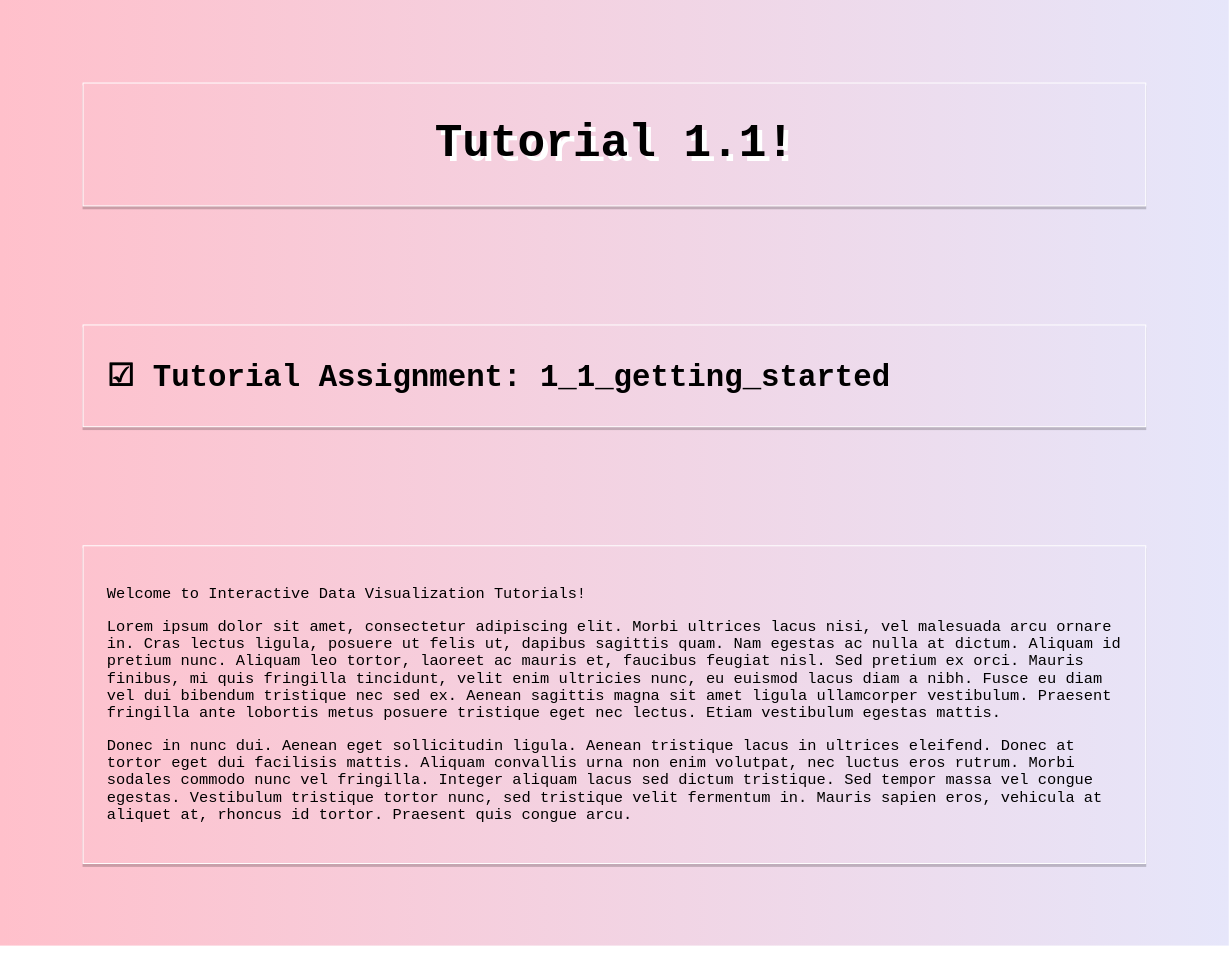
Repository: lisjak/Interactive-Data-Vis-Fall2022
Page: 1_1_getting_started/index.html
These files come from the project's save history. The page is drawn as it stood at one moment and after the next save; the edit follows.
The browser window is 1280 px wide. The pictures show the whole page, at 96% of full size.
Some web fonts or font styles are not loaded; a fallback is used.

Above is the page before, as saved 2022-09-04 21:59:52.

After the next save:
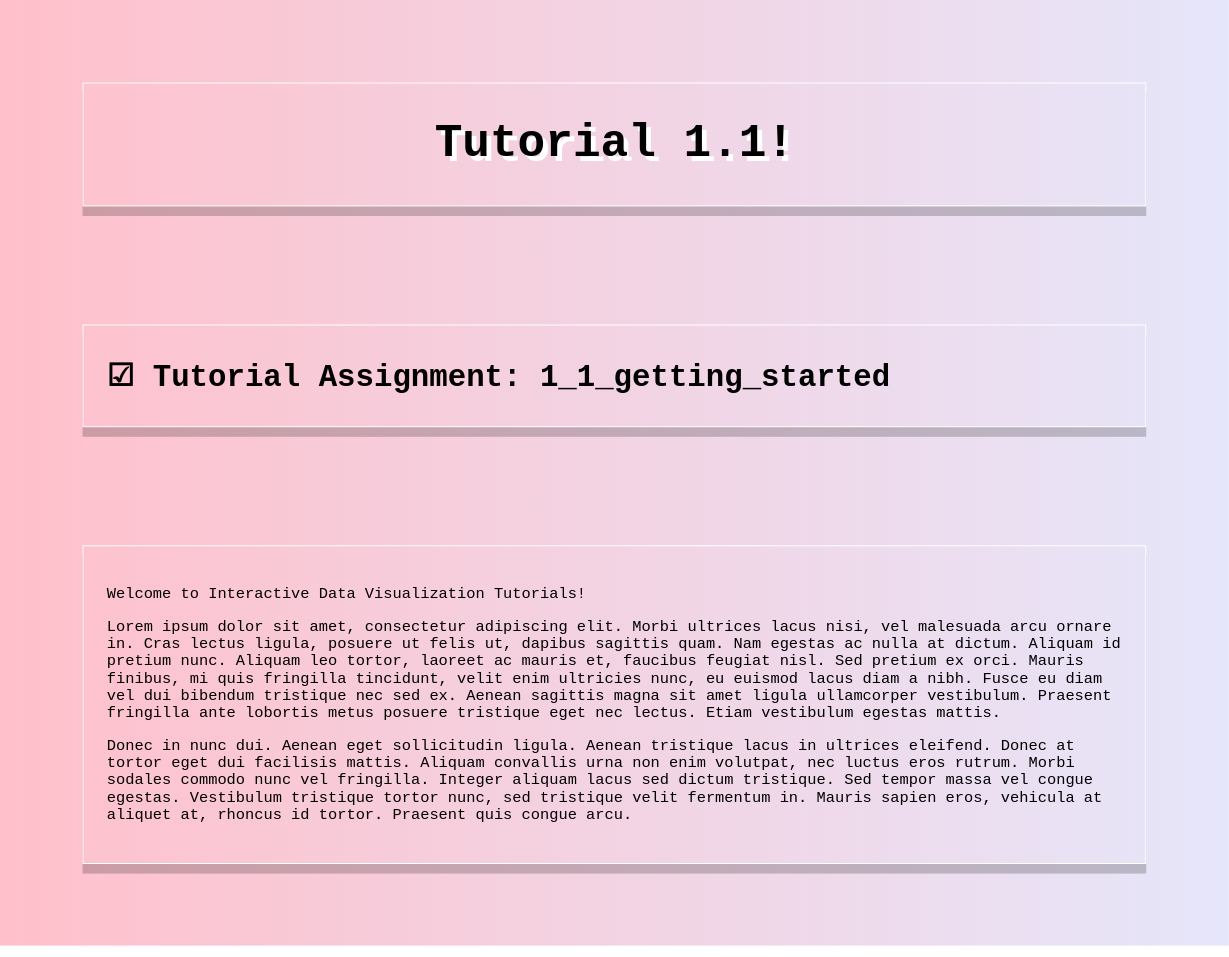
Saved 4 s later.
--- a/1_1_getting_started/style.css
+++ b/1_1_getting_started/style.css
@@ -14,7 +14,7 @@ div {
     border: 1px solid white;
     padding: 2%;
     margin: 5%;
-    box-shadow: 0 3px 0px rgb(0 0 0 / 0.2);
+    box-shadow: 0 10px 0px rgb(0 0 0 / 0.2);
 }
 
 h1 {
